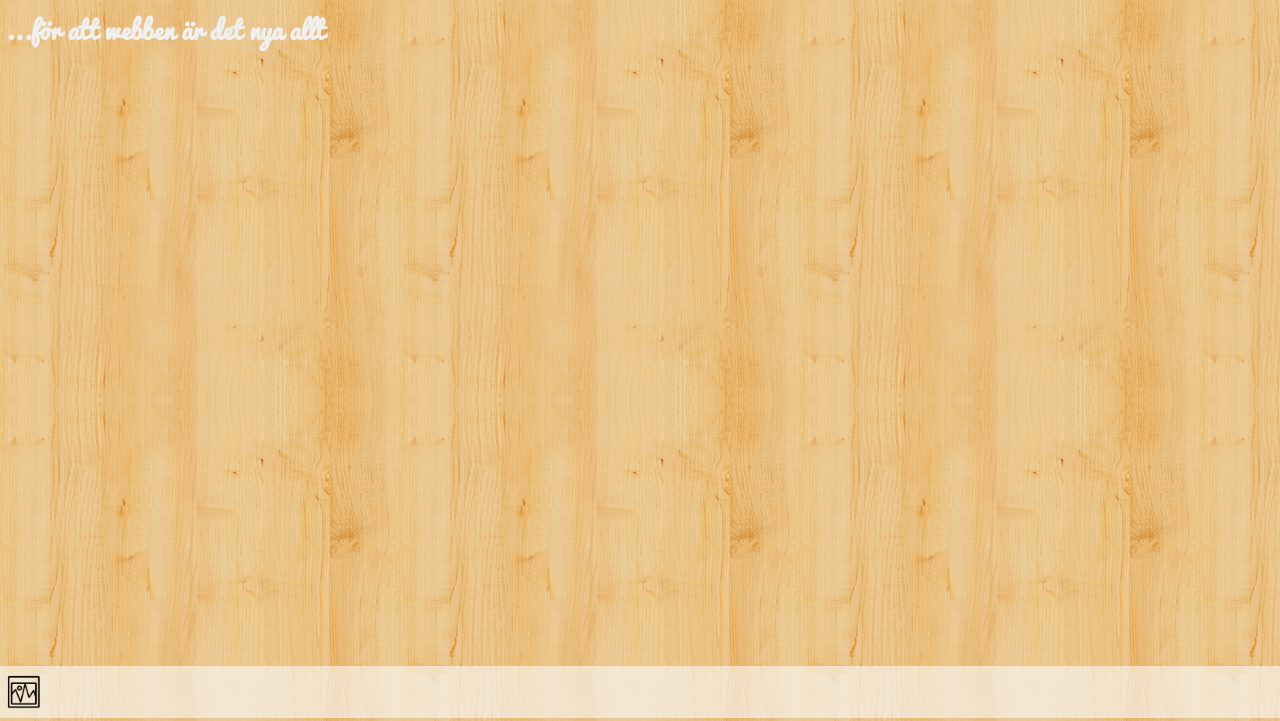
Repository: mw222rs/1dv403-laborationer
Page: 5-pwd/index.html
The author's editor kept a record of every edit. The page is drawn from the files as they stood at one moment, then again after the next edit.
The browser window is 1280 px wide. The pictures show the whole page.
After loading, the first visible `a` was clicked once.
The page's requests for data from a server got no answer.

Above is the page before.
Console error: TypeError: Cannot read properties of undefined (reading 'isOpen')

After the next edit:
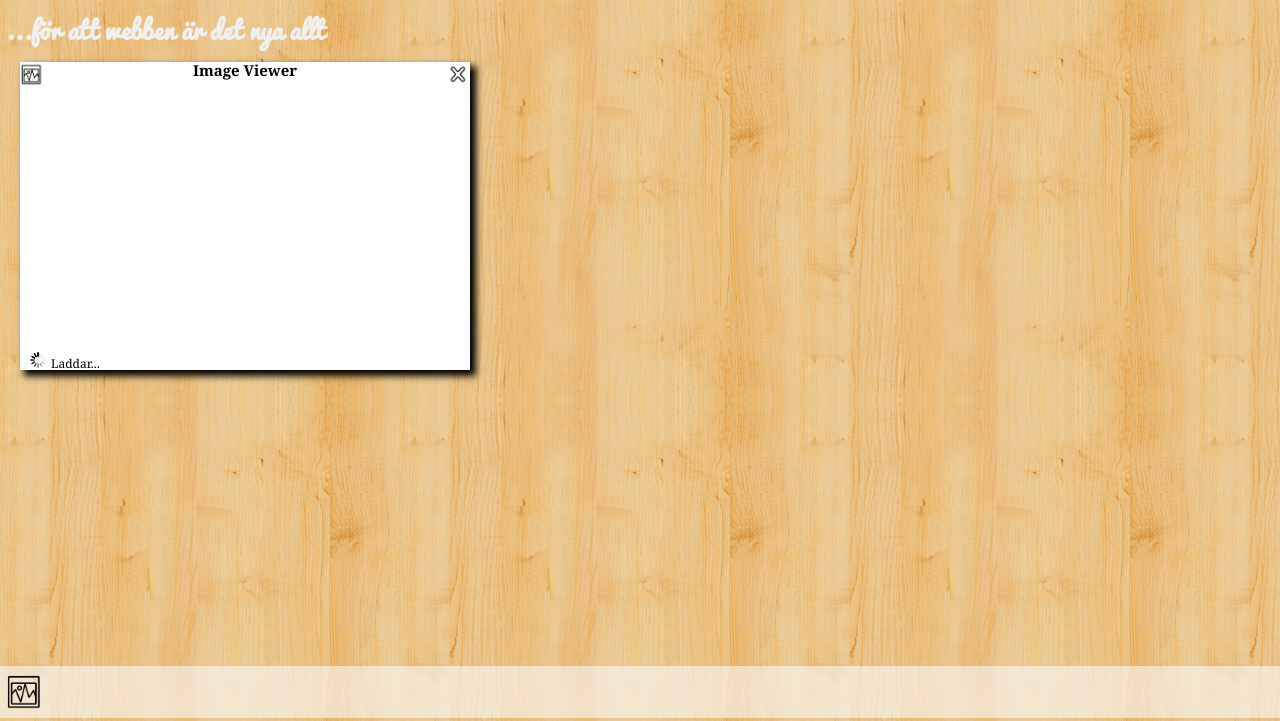
The error is gone.
The edit:
--- a/5-pwd/scripts/main.js
+++ b/5-pwd/scripts/main.js
@@ -17,9 +17,9 @@
             e.preventDefault();
             var imageViewerWindow;
 
+            var imageViewerWindow = new ImageViewerWindow("Image Viewer");
+
             if (imageViewerWindow.isOpen === false) {
-
-            imageViewerWindow = new ImageViewerWindow("Image Viewer");
 
             imageViewerWindow.renderWindow();
 
